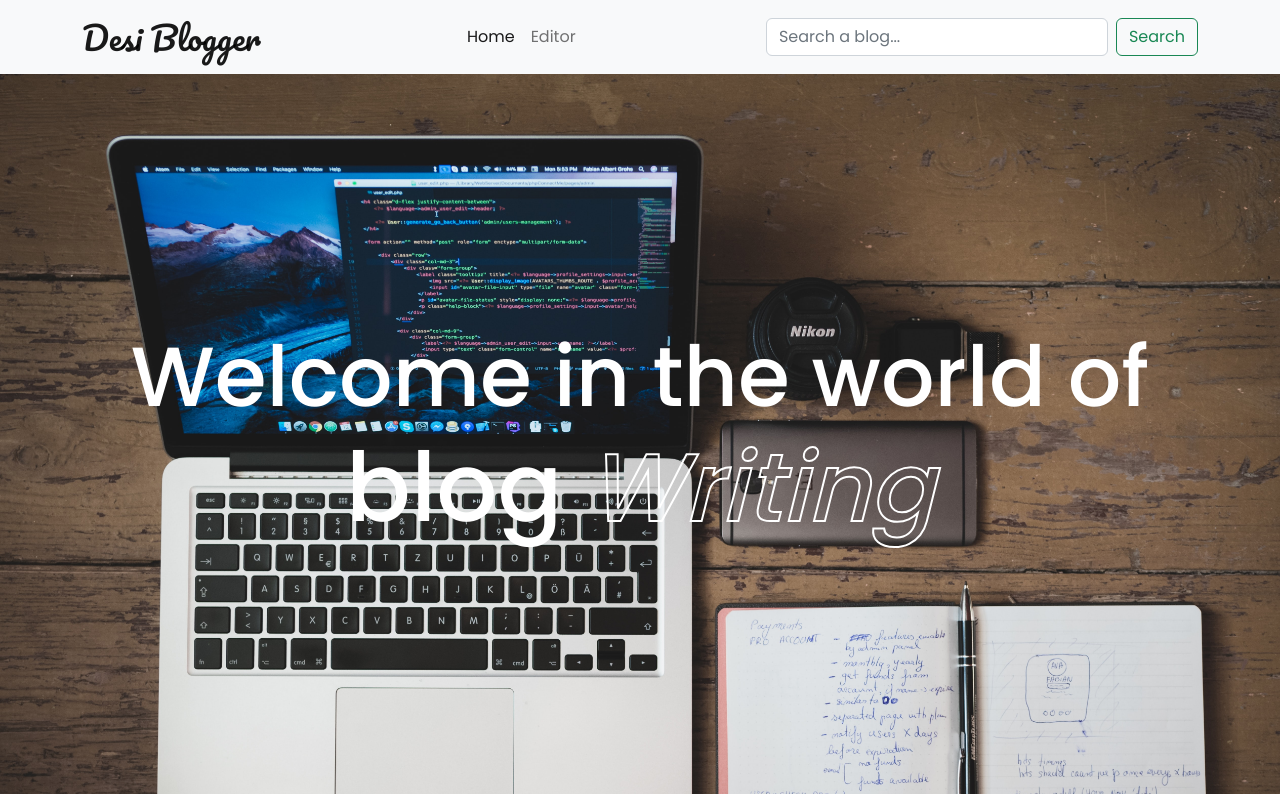
Repository: badhon252/Desi_Blogger
Page: public/home.html
An editor plug-in stored every save of this project. The page is shown before and after the next save, followed by the edit.
The browser window is 1280 px wide. The pictures show the whole page.

Above is the page before, as saved 2022-11-15 20:48:49.

### public/home.html
<!DOCTYPE html>
<html lang="en">

<head>
    <meta charset="UTF-8">
    <meta http-equiv="X-UA-Compatible" content="IE=edge">
    <meta name="viewport" content="width=device-width, initial-scale=1.0">

    <!-- favicon  -->
    <link rel="icon" sizes="180x180" href="./img/favicon_io/android-chrome-192x192.png">

    <!-- bs-5 link -->
    <link rel="stylesheet" href="https://cdn.jsdelivr.net/npm/bootstrap@5.2.2/dist/css/bootstrap.min.css">
    <!-- custom css  -->
    <link rel="stylesheet" href="css/home.css">
    <!-- fonts  -->
    <link rel="preconnect" href="https://fonts.googleapis.com">
    <link rel="preconnect" href="https://fonts.gstatic.com" crossorigin>
    <link href="https://fonts.googleapis.com/css2?family=Poppins:wght@400;500;600;700;800;900&display=swap"
        rel="stylesheet">
    <title>Desi-Blogger</title>
</head>

<body>
    <header id="header">
        <nav class="navbar navbar-expand-lg bg-light">
            <div class="container">
                <a class="navbar-brand" href="#">Desi Blogger</a>
                <button class="navbar-toggler" type="button" data-bs-toggle="collapse"
                    data-bs-target="#navbarSupportedContent" aria-controls="navbarSupportedContent"
                    aria-expanded="false" aria-label="Toggle navigation">
                    <span class="navbar-toggler-icon"></span>
                </button>
                <div class="collapse navbar-collapse" id="navbarSupportedContent">
                    <ul class="navbar-nav m-auto mb-2 mb-lg-0">
                        <li class="nav-item">
                            <a class="nav-link active" href="#">Home</a>
                        </li>
                        <li class="nav-item">
                            <a class="nav-link" href="#">Editor</a>
                        </li>

                    </ul>
                    <form class="d-flex" role="search">
                        <input class="form-control me-2" type="search" placeholder="Search a blog..."
                            aria-label="Search">
                        <button class="btn btn-outline-success" type="submit">Search</button>
                    </form>
                </div>
            </div>
        </nav>
        <section class="content">
            <div class="container">

                <h1 class="heading">
                    <span class="small">
                        Welcome in the world of</span>
                    blog
                    <span class="no-phill">Writing</span>
                </h1>
            </div>


        </section>
    </header>

    <script src="https://cdn.jsdelivr.net/npm/bootstrap@5.2.2/dist/js/bootstrap.bundle.min.js"></script>
</body>

</html>

### public/css/home.css
@import url("https://fonts.googleapis.com/css2?family=Pacifico&display=swap");
* {
  margin: 0;
  padding: 0;
  box-sizing: border-box;
}

body {
  font-family: "Poppins", sans-serif;
  background-image: repeating-linear-gradient(
      45deg,
      rgb(255, 255, 255) 0px,
      rgb(255, 255, 255) 10px,
      transparent 10px,
      transparent 11px
    ),
    repeating-linear-gradient(
      135deg,
      rgb(255, 255, 255) 0px,
      rgb(255, 255, 255) 10px,
      transparent 10px,
      transparent 11px
    ),
    linear-gradient(90deg, rgba(213, 211, 217, 0.33), rgba(213, 211, 217, 0.33));
  position: relative;
}
::selection {
  background: #1b1b1b;
  color: #fff;
}

.navbar-brand {
  font-family: "Pacifico", cursive;
  font-size: 2rem;
}

.content {
  width: 100%;
  height: calc(100vh);
  background-image: url(../img/altumcode-XMFZqrGyV-Q-unsplash.jpg);
  background-size: cover;
  display: flex;
  justify-content: center;
  align-items: center;
}

.content .heading {
  font-size: 6rem;
  color: #fff;
  text-align: center;
}
.content .small {
  color: #fff;
  text-align: center;
}
.content .no-phill {
  font-style: italic;
  color: transparent;
  -webkit-text-stroke: 2px #fff;
}

After the next save:
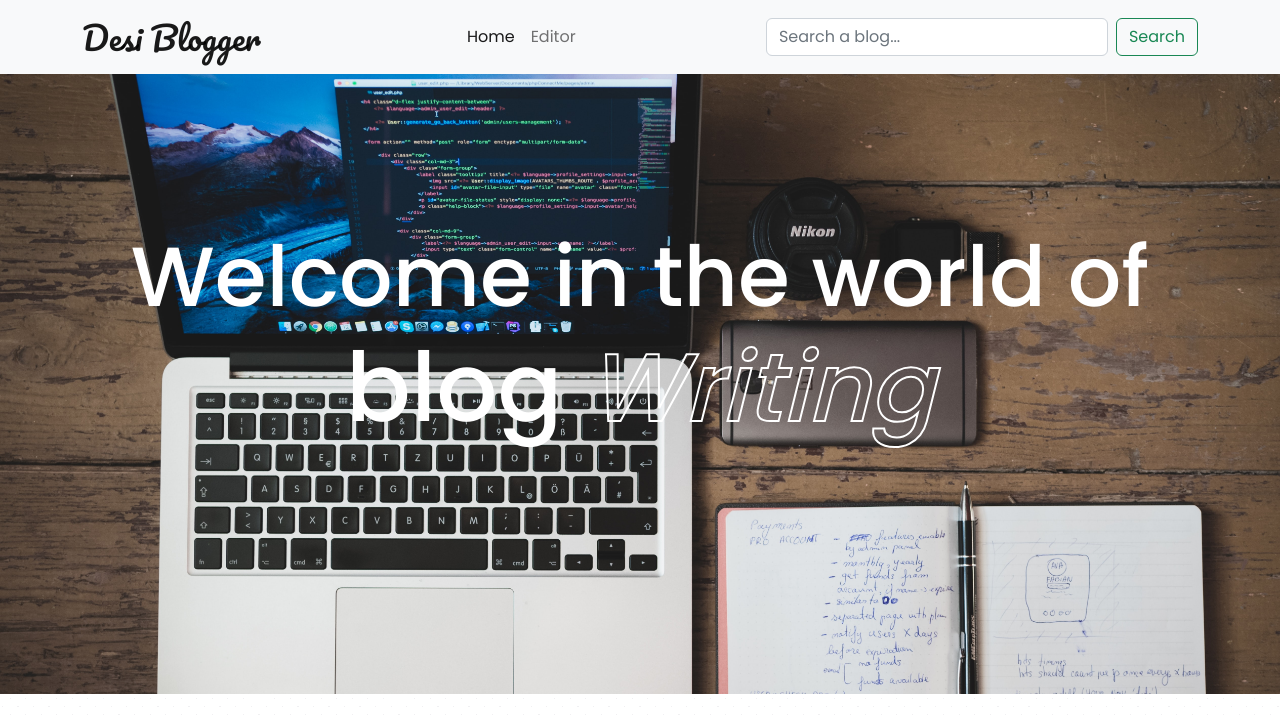
Saved 57 s later.
--- a/public/css/home.css
+++ b/public/css/home.css
@@ -35,6 +35,7 @@ body {
 }
 
 .content {
+  margin-top: -100px;
   width: 100%;
   height: calc(100vh);
   background-image: url(../img/altumcode-XMFZqrGyV-Q-unsplash.jpg);
